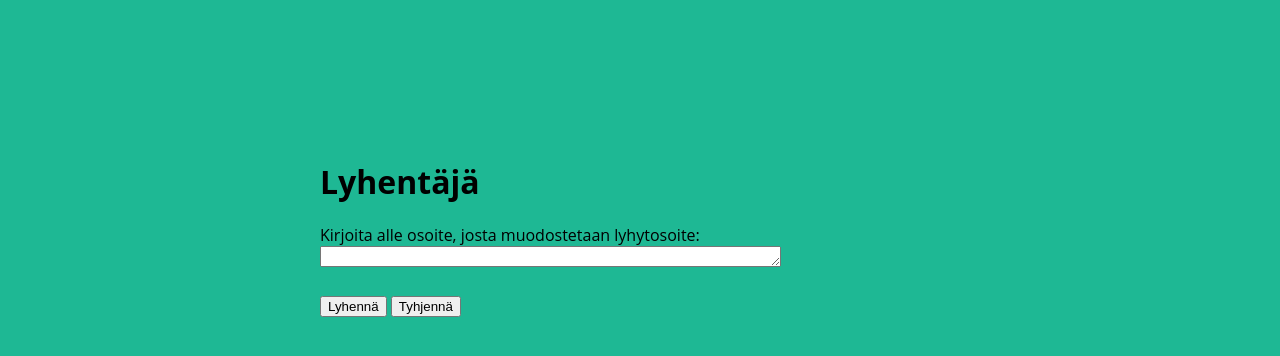
Repository: koodaajakige/knykanen
Page: public_html/redirect/lomake.html
These files come from the project's save history. The page is drawn as it stood at one moment and after the next save; the edit follows.
The browser window is 1280 px wide. The pictures show the whole page.

Above is the page before, as saved 2023-01-12 12:19:40.

After the next save:
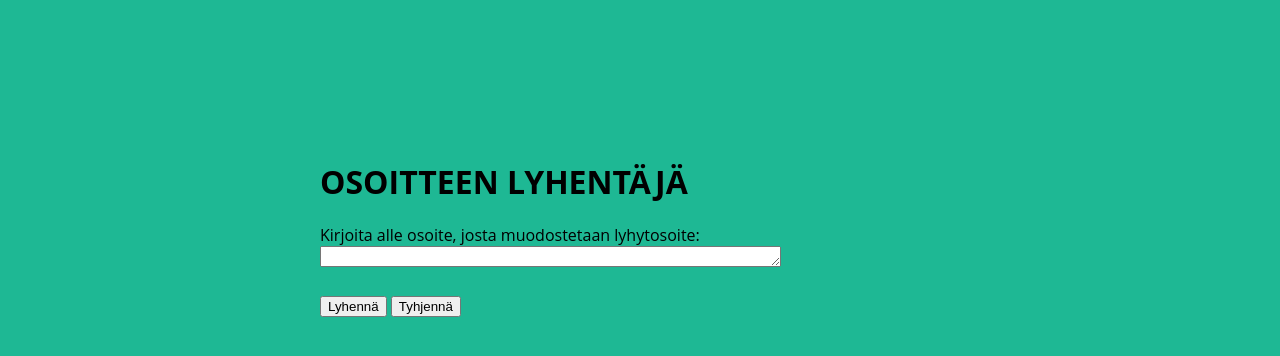
Saved 72 s later.
--- a/public_html/redirect/lomake.html
+++ b/public_html/redirect/lomake.html
@@ -3,7 +3,7 @@
 <head>
   <meta charset="UTF-8">
   <link rel="stylesheet" href="kigestyle.css">
-  <h1> Lyhentäjä </h1>
+  <h1>OSOITTEEN LYHENTÄJÄ</h1>
 </head>
 <body>
 
